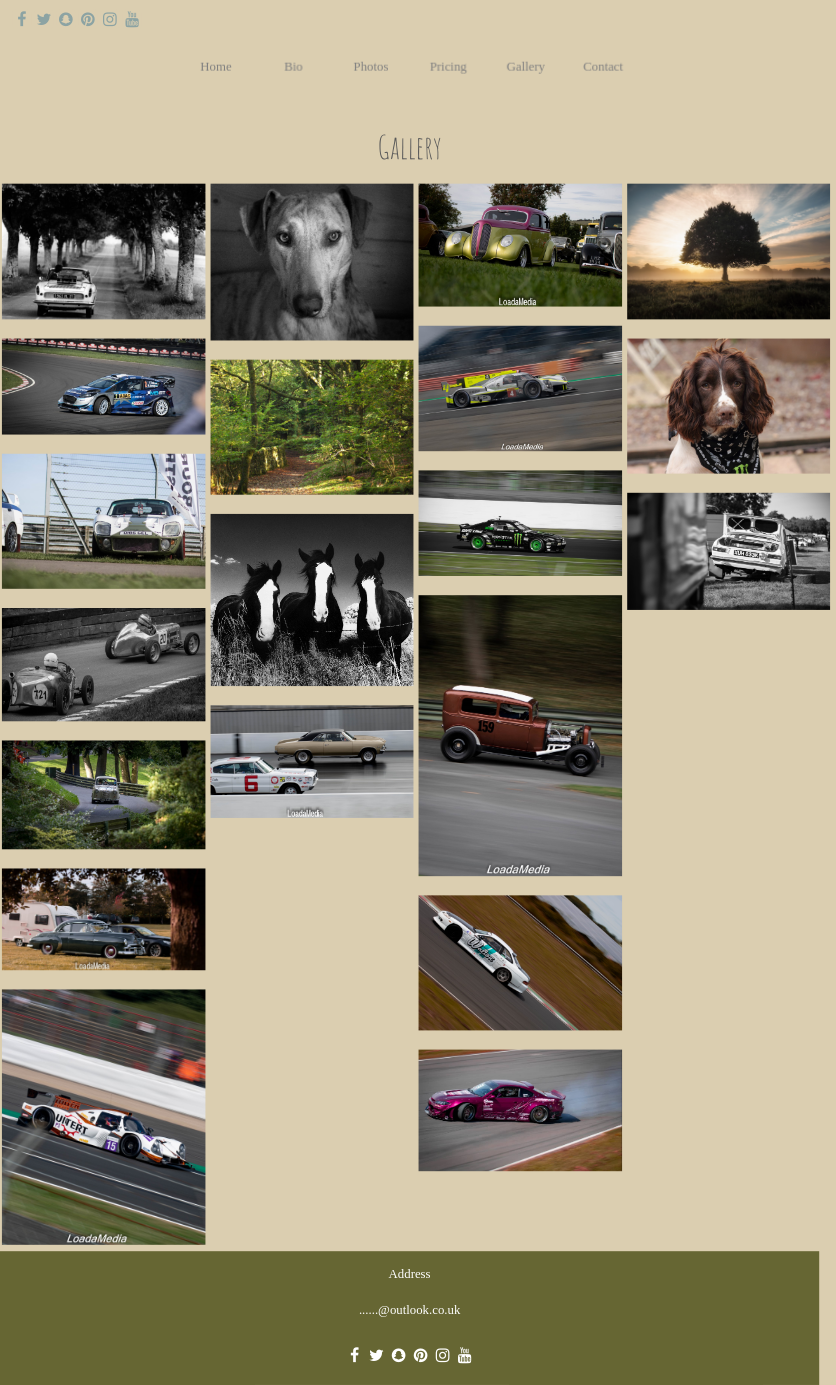
Repository: elizabeth24602/LoaderMedia
Page: gallery.html
The author's editor kept a record of every edit. The page is drawn from the files as they stood at one moment, then again after the next edit.
The browser window is 1280 px wide. The page is 1307 px wide, so the pictures cover 1307 px, including what lies to the right of the window. The pictures show the whole page, at 64% of full size.
Some web fonts or font styles are not loaded; a fallback is used.

Above is the page before.
Console error: TypeError: Cannot read properties of null (reading 'textContent')
Not found: Assests/images/

### gallery.html
<!DOCTYPE html>
<html lang="en">
<head>
    <meta charset="UTF-8">
    <meta name="viewport" content="width=device-width, initial-scale=1.0">
    <meta http-equiv="X-UA-Compatible" content="ie=edge">

    <link rel="stylesheet" href="static/css/bootstrap.min.css" type="text/css" />
    <link rel="stylesheet" href="static/css/dc.min.css" type="text/css" />



    <link rel="stylesheet" href="https://stackpath.bootstrapcdn.com/bootstrap/4.3.1/css/bootstrap.min.css" type="text/css" />
    <link rel="stylesheet" href="https://stackpath.bootstrapcdn.com/font-awesome/4.7.0/css/font-awesome.min.css" type="text/css" />
    <link href="https://fonts.googleapis.com/css?family=Lacquer&display=swap" rel="stylesheet">
    <link href="https://fonts.googleapis.com/css?family=Beth+Ellen&display=swap" rel="stylesheet">
    <link rel="stylesheet" href="https://cdnjs.cloudflare.com/ajax/libs/hover.css/2.3.1/css/hover-min.css" type="text/css" />
    <link rel="stylesheet" href="Assests/images/" type="text/css" />
    <link rel="stylesheet" href="Assests/css/style.css" type="text/css" />

    <title>Loader Media</title>

     <script type="text/javascript" src="static/js/d3.min.js"></script>
    <script type="text/javascript" src="static/js/crossfilter.min.js"></script>
    <script type="text/javascript" src="static/js/dc.min.js"></script>
    <script type="text/javascript" src="static/js/queue.min.js"></script>
    <script type="text/javascript" src="static/js/graph.js"></script>

</head>
<body>
     <header class="container-fluid">
        <div id="social-links" class="row">
        <div class="col-sm-4">
                <ul class="list-inline social-links">
                    <li class="list-inline-item">
                        <a target="_blank" href="#">
                            <i class="fa fa-facebook" aria-hidden="true"></i>
                            <span class="sr-only">Facebook</span>
                        </a>
                    </li>
                    <li class="list-inline-item">
                        <a target="_blank" href="#">
                            <i class="fa fa-twitter" aria-hidden="true"></i>
                            <span class="sr-only">Twitter</span>
                        </a>
                    </li>
                    <li class="list-inline-item">
                        <a target="_blank" href="#">
                            <i class="fa fa-snapchat" aria-hidden="true"></i>
                            <span class="sr-only">Snapchat</span>
                        </a>
                    </li>
                    <li class="list-inline-item">
                        <a target="_blank" href="#">
                            <i class="fa fa-pinterest" aria-hidden="true"></i>
                            <span class="sr-only">Pinterest</span>
                        </a>
                    </li>
                    <li class="list-inline-item">
                        <a target="_blank" href="#">
                            <i class="fa fa-instagram" aria-hidden="true"></i>
                            <span class="sr-only">Instagram</span>
                        </a>
                    </li>
                    <li class="list-inline-item">
                        <a target="_blank" href="#">
                            <i class="fa fa-youtube" aria-hidden="true"></i>
                            <span class="sr-only">YouTube</span>
                        </a>
                    </li>
                </ul>
            </div>
        </div>
         <div class="row no-gutters">
            <div class="col">
                <ul id="nav" class="list-inline menucontainer">
                    <li class="col-4 col-sm-2 ui-menu-color-home list-inline-item menuitem">
                        <a href="index.html" class="hvr-underline-from-center"><span>Home</span></a>
                    </li>
                    <li class="col-4 col-sm-2 ui-menu-color-bio list-inline-item menuitem">
                        <a href="bio.html" class="hvr-underline-from-center"><span>Bio</span></a>
                    </li>
                     <li class="col-4 col-sm-2 ui-menu-color-photos list-inline-item menuitem">
                        <a href="photos.html" class="hvr-underline-from-center"><span>Photos</span></a>
                    </li>
                    <li class="col-4 col-sm-2 ui-menu-color-pricing list-inline-item menuitem">
                        <a href="pricing.html" class="hvr-underline-from-center"><span>Pricing</span></a>
                    </li>
                    <li class="col-4 col-sm-2 ui-menu-color-gallery list-inline-item menuitem">
                        <a href="gallery.html" class="hvr-underline-from-center"><span>Gallery</span></a>
                    </li>
                    <li class="col-4 col-sm-2 ui-menu-color-contact list-inline-item menuitem">
                        <a href="contact.html" class="hvr-underline-from-center"><span>Contact</span></a>
                    </li>
                </ul>
            </div>
        </div>

        <div class="row no-gutters">
            <div class="col headings">
                <h3 class="name3">Gallery</h3>
            </div>
        </div>
    </header>

    <section>

<div class="row">
  <div class="column">
    <img src="Assests/images/blackandwhite.jpg">
    <img src="Assests/images/bluecar.jpg">
    <img src="Assests/images/whitecar.jpg">
    <img src="Assests/images/oldcars.jpg">
    <img src="Assests/images/bushes.jpg">
    <img src="Assests/images/naturecar.jpg">
    <img src="Assests/images/car8.jpg">
  </div>
  <div class="column">
    <img src="Assests/images/bryn.jpg">
    <img src="Assests/images/woods.jpg">
    <img src="Assests/images/horses.jpg">
    <img src="Assests/images/car9.jpg">
  </div>
    <div class="column">
    <img src="Assests/images/car1.jpg">
    <img src="Assests/images/car2.jpg">
    <img src="Assests/images/car3.jpg">
    <img src="Assests/images/car4.jpg">
    <img src="Assests/images/car6.jpg">
    <img src="Assests/images/car7.jpg">
  </div>
  <div class="column">
    <img src="Assests/images/landscape.jpg">
    <img src="Assests/images/lark.jpg">
    <img src="Assests/images/car10.jpg">
  </div>
</div>

    </section>

    <footer class="container-fluid bottom bottom-fixed">
    <div id="footer-details" class="row">
        <div class="col-sm-12">
            <p class="address">Address</p>
        </div>
    </div>
        <div class="row">
            <div class="col-sm-12">
                <p class="email">......@outlook.co.uk</p>
            </div>
        </div>
        <div class="row">
            <div class="col-sm-12">
                        <ul class="list-inline social-links2 container-fluid">
                    <li class="list-inline-item">
                        <a target="_blank" href="#">
                            <i class="fa fa-facebook" aria-hidden="true"></i>
                            <span class="sr-only">Facebook</span>
                        </a>
                    </li>
                    <li class="list-inline-item">
                        <a target="_blank" href="#">
                            <i class="fa fa-twitter" aria-hidden="true"></i>
                            <span class="sr-only">Twitter</span>
                        </a>
                    </li>
                    <li class="list-inline-item">
                        <a target="_blank" href="#">
                            <i class="fa fa-snapchat" aria-hidden="true"></i>
                            <span class="sr-only">Snapchat</span>
                        </a>
                    </li>
                    <li class="list-inline-item">
                        <a target="_blank" href="#">
                            <i class="fa fa-pinterest" aria-hidden="true"></i>
                            <span class="sr-only">Pinterest</span>
                        </a>
                    </li>
                    <li class="list-inline-item">
                        <a target="_blank" href="#">
                            <i class="fa fa-instagram" aria-hidden="true"></i>
                            <span class="sr-only">Instagram</span>
                        </a>
                    </li>
                    <li class="list-inline-item">
                        <a target="_blank" href="#">
                            <i class="fa fa-youtube" aria-hidden="true"></i>
                            <span class="sr-only">YouTube</span>
                        </a>
                    </li>
                </ul>
            </div>
        </div>
    </footer>

</body>
</html>

### Assests/css/style.css
@import url('https://fonts.googleapis.com/css?family=Lacquer:100,200,300,400,500,600,700|Beth+Ellen:100,200,300,400,500,600,700|Pacifico:100,200,300,400,500,600,700|Amatic+SC:100,200,300,400,500,600,700');

/*-------------------------------Website Name */

.name {
    font-family: "Beth+Ellen";
     font-weight: 100;
    font-size: 80px;
    margin-top: 70px;
    text-align: center;
    color: #ffffff;
}

.name3 {
    font-family: "Amatic SC";
     font-weight: 60;
    font-size: 50px;
    margin-top: 70px;
    text-align: center;
    color: #595959;
}

/*-------------------------------Background */

body {
  background-color: #dbceb0;
}

/*-------------------------------Social */

.social-links {
    padding-top: 15px;
    padding-bottom: 15px;
}

.social-links li a i {
    width: 30px;
    height: 30px;
    padding: 12px 0;
    border-radius: 20%;
    font-size: 25px;
    line-height: 7px;
    text-align: center;
    color: #8ca3a3;
    background: #dbceb0;
    transition: all 0.35s ease-in-out;
    -moz-transition: all 0.35s ease-in-out;
    -webkit-transition: all 0.35s ease-in-out;
    -o-transition: all 0.35s ease-in-out;
}

/*-------------------------------menu */


.list-inline-item:not(:last-child) {
    margin: 0;
}

.menucontainer {
    font-size: 0;
    margin: auto;
    width: 60%;
    padding: 10px;
}

#nav li {
    font-size: 20px;
    font-family: 'Beth+Ellen';
    padding: 0;
}

.menuitem {
    text-align: center;
    padding: 0;
}

.body {
    text-align: center;
}


.menuitem2 a {
    width: 100%;
    text-decoration: none;
    color: #ffffff;
}

.menuitem a {
    width: 100%;
    text-decoration: none;
    color: #808080;
}

.hvr-underline-from-center:before {
    background-color: #ffffff;
    color: #d3d3d3;
}


.a:hover {
    text-decoration: none;
}

/*-------------------------------Footer */


.bottom {
    background-color: #666633;
    color: #ffffff;
    left: 0;
    bottom: 0;
    width: 100%;
    text-align: center;
}


.address {
    color: #ffffff;
    text-align: center;
    font-family: "Beth+Ellen";
    padding-top: 20px;
    font-size: 20px;
}
.email {
    color: #ffffff;
    text-align: center;
    font-family: "Beth+Ellen";
    padding: 10px;
    font-size: 20px;
}

.social-links2 {
    padding-top: 15px;
    padding-bottom: 15px;
    text-align: center;
}

.social-links2 li a i {
    width: 30px;
    height: 30px;
    padding: 12px 0;
    border-radius: 20%;
    font-size: 25px;
    line-height: 7px;
    text-align: center;
    color: #ffffff;
    transition: all 0.35s ease-in-out;
    -moz-transition: all 0.35s ease-in-out;
    -webkit-transition: all 0.35s ease-in-out;
    -o-transition: all 0.35s ease-in-out;
}

/*-------------------------------Home */

.index {
  background-image: url("../images/bryn.jpg");
  background-color: #fff5ee;
  height: 500px;
  background-position: cover;
  background-repeat: no-repeat;
  background-size: cover;
  text-align: center;
  background-attachment: scroll;
}

body {
  font-family: "Beth+Ellen", sans-serif;
}

.sidebar {
  height: 100%;
  width: 0;
  position: fixed;
  z-index: 1;
  top: 0;
  left: 0;
  background-color: #666633;
  overflow-x: hidden;
  transition: 0.5s;
  padding-top: 60px;
}

.sidebar a {
  padding: 8px 8px 8px 32px;
  text-decoration: none;
  font-size: 30px;
  font-family: "Amatic SC";
  color: #ffffff;
  display: block;
  transition: 0.3s;
}

.sidebar a:hover {
  color: #f1f1f1;
}

.sidebar .closebtn {
  position: relative;
  top: 0;
  right: 25px;
  font-size: 36px;
  margin-left: 50px;
}

.openbtn {
  font-size: 20px;
  cursor: pointer;
  background-color: #111;
  color: white;
  padding: 10px 15px;
  border: none;
}

.openbtn:hover {
  background-color: #444;
}

#main {
  transition: margin-left .5s;
  padding: 16px;
}

/* On smaller screens, where height is less than 450px, change the style of the sidenav (less padding and a smaller font size) */
@media screen and (max-height: 450px) {
  .sidebar {padding-top: 15px;}
  .sidebar a {font-size: 18px;}
}


/*-------------------------------Photos */

.accordion {
  background-color: #666633;
  color: #ffffff;
  font-family: "Beth+Ellen";
  text-align: center;
  cursor: pointer;
  padding: 18px;
  margin: 20px;
  width: 50%;
  border: none;
  outline: none;
  font-size: 30px;
  transition: 0.4s;
}

.active, .accordion:hover {
  background-color: #fff5ee;
   color: #808080;
}

.panel {
  padding: 0 18px;
  display: none;
  background-color: #dbceb0;
  overflow: hidden;
  font-family: "Beth+Ellen";
  color: #808080;
  text-align: left;
  width: 50%
  font-size: 20px;
}
/*-------------------------------Gallery */
.row {
  display: flex;
  flex-wrap: wrap;
  padding: 0 4px;
}

/* Create four equal columns that sits next to each other */
.column {
  flex: 25%;
  max-width: 25%;
  padding: 0 4px;
}

.column img {
  margin-top: 20px;
  margin-bottom: 10px;
  margin-left: 10px;
  margin-right: 10px;
  vertical-align: middle;
  width: 100%;
}

/* Responsive layout - makes a two column-layout instead of four columns */
@media screen and (max-width: 800px) {
  .column {
    flex: 50%;
    max-width: 50%;
  }
}

/* Responsive layout - makes the two columns stack on top of each other instead of next to each other */
@media screen and (max-width: 600px) {
  .column {
    flex: 100%;
    max-width: 100%;
  }
}
/*-------------------------------contact */

.contact-heading {
    font-family: "Beth+Ellen";
    text-align: center;
    font-weight: 100;
    margin-top: 25px;
    margin-bottom: 20px;
    color: #808080;
}

.text-center {
    font-family: "pacifico";
    text-align: center;
    font-weight: 100;
    margin-top: 25px;
    margin-bottom: 20px;
    color: #808080;
}


.center-form {
    padding-top: 10px;
    margin: 0 auto;
    max-width: 70%;
    font-family: "Beth+Ellen";
}

button[type="submit"] {
    margin-top: 15px;
    margin-bottom: 20px;
    background-color: #666633;
    color: #fafafa;
    font-family: "Beth+Ellen";
}

.chat {
   font-family: "Beth+Ellen";
    font-weight: 100;
    margin-top: 180px;
    margin-bottom: 20px;
    text-align: center;
    color: #595959;
}

.number {
     font-family: "pacifico";
    font-weight: 100;
    margin-top: 125px;
    margin-bottom: 20px;
    text-align: center;
    color: #808080;
}

.laptop {
    display: block;
  margin-left: auto;
  margin-right: auto;
  margin-top: 20px;
  width: 90%;
}

.phone {
  display: block;
  margin-left: auto;
  margin-right: auto;
  margin-top: 20px;
  margin-bottom: 20px;
  width: 90%;
  border-radius: 8px;
}

### static/js/graph.js
queue()
    .defer(d3.csv, "data/Salaries.csv")
    .await(makeGraphs);

function makeGraphs(error, salaryData) {
    var ndx = crossfilter(salaryData);

    salaryData.forEach(function(d){
        d.salary = parseInt(d.salary);
    })

    show_discipline_selector(ndx);
    show_gender_balance(ndx);
    show_average_salary(ndx);
    show_rank_distribution(ndx);

    dc.renderAll();
}

function show_discipline_selector(ndx) {
    var dim = ndx.dimension(dc.pluck('discipline'));
    var group = dim.group();

    dc.selectMenu("#discipline-selector")
        .dimension(dim)
        .group(group);
}


function show_gender_balance(ndx) {
    var dim = ndx.dimension(dc.pluck('sex'));
    var group = dim.group();

    dc.barChart("#gender-balance")
        .width(400)
        .height(300)
        .margins({top: 10, right: 50, bottom: 30, left: 50})
        .dimension(dim)
        .group(group)
        .transitionDuration(500)
        .x(d3.scale.ordinal())
        .xUnits(dc.units.ordinal)
        .xAxisLabel("Gender")
        .yAxis().ticks(20);
}


function show_average_salary(ndx) {
    var dim = ndx.dimension(dc.pluck('sex'));

    function add_item(p, v) {
        p.count++;
        p.total += v.salary;
        p.average = p.total / p.count;
        return p;
    }

    function remove_item(p, v) {
        p.count--;
        if(p.count == 0) {
            p.total = 0;
            p.average = 0;
        } else {
            p.total -= v.salary;
            p.average = p.total / p.count;
        }
        return p;
    }

    function initialise() {
        return {count: 0, total: 0, average: 0};
    }

    var averageSalaryByGender = dim.group().reduce(add_item, remove_item, initialise);

    dc.barChart("#average-salary")
        .width(400)
        .height(300)
        .margins({top: 10, right: 50, bottom: 30, left: 50})
        .dimension(dim)
        .group(averageSalaryByGender)
        .valueAccessor(function(d){
            return d.value.average.toFixed(2);
        })
        .transitionDuration(500)
        .x(d3.scale.ordinal())
        .xUnits(dc.units.ordinal)
        .elasticY(true)
        .xAxisLabel("Shade")
        .yAxis().ticks(10);
}


function show_rank_distribution(ndx) {

    function rankByGender(dimension, rank) {
        return dimension.group().reduce(
            function (p, v) {
                p.total++;
                if(v.rank == rank) {
                    p.match++;
                }
                return p;
            },
            function (p, v) {
                p.total--;
                if(v.rank == rank) {
                    p.match--;
                }
                return p;
            },
            function () {
                return {total: 0, match: 0};
            }
        );
    }

    var dim = ndx.dimension(dc.pluck("sex"));
    var profByGender = rankByGender(dim, "Motor Vehicles");
    var asstProfByGender = rankByGender(dim, "Animals");
    var assocProfByGender = rankByGender(dim, "Landscapes");

    dc.barChart("#rank-distribution")
        .width(400)
        .height(300)
        .dimension(dim)
        .group(profByGender, "Motors")
        .stack(asstProfByGender, "Animals")
        .stack(assocProfByGender, "Landscapes")
        .valueAccessor(function(d) {
            if(d.value.total > 0) {
                return (d.value.match / d.value.total) * 100;
            } else {
                return 0;
            }
        })
        .x(d3.scale.ordinal())
        .xUnits(dc.units.ordinal)
        .legend(dc.legend().x(320).y(20).itemHeight(15).gap(5))
        .margins({top: 10, right: 100, bottom: 30, left: 30});
}

Loaded but not shown: static/css/bootstrap.min.css (library); static/css/dc.min.css (library); static/js/d3.min.js (library); static/js/crossfilter.min.js (library); static/js/dc.min.js (library); static/js/queue.min.js (common file)

After the next edit:
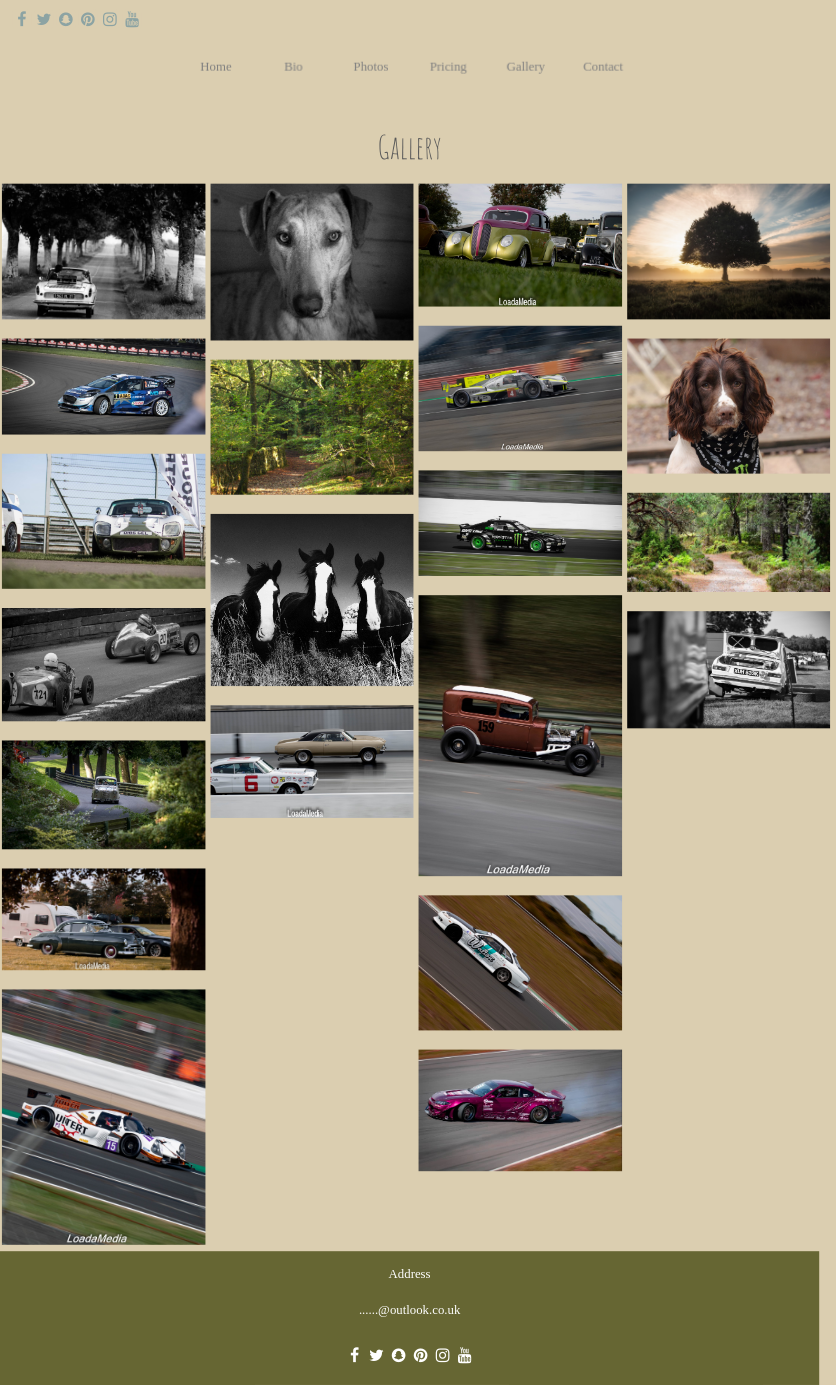
The edit:
--- a/gallery.html
+++ b/gallery.html
@@ -132,6 +132,7 @@
   <div class="column">
     <img src="Assests/images/landscape.jpg">
     <img src="Assests/images/lark.jpg">
+    <img src="Assests/images/endangered.jpg">
     <img src="Assests/images/car10.jpg">
   </div>
 </div>
